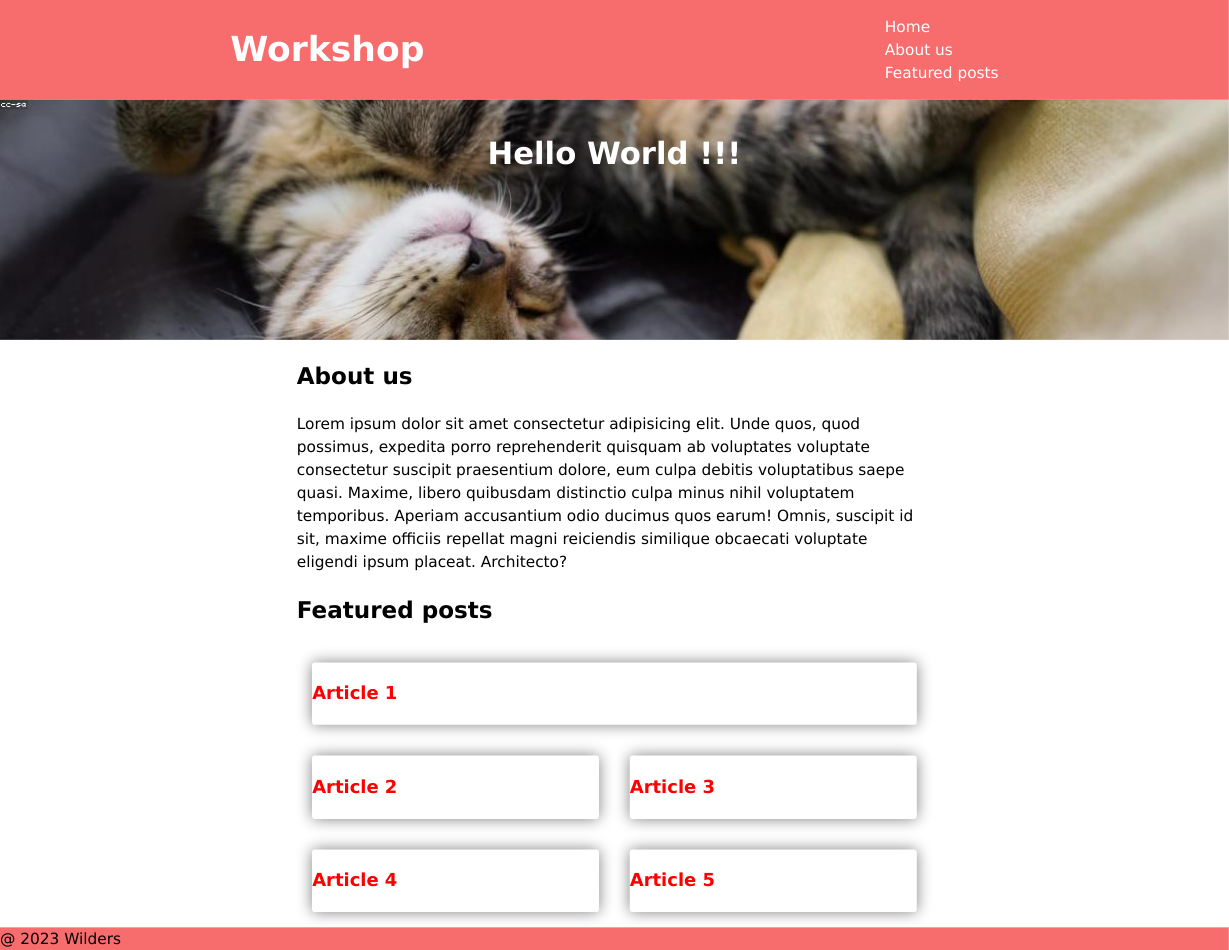
Repository: PPaillard/cssresponsive
Page: index.html
These files come from the project's save history. The page is drawn as it stood at one moment and after the next save; the edit follows.
The browser window is 1280 px wide. The pictures show the whole page, at 96% of full size.

Above is the page before, as saved 2023-03-03 14:40:06.

### index.html
<!DOCTYPE html>
<html lang="en">
  <head>
    <meta charset="UTF-8" />
    <meta http-equiv="X-UA-Compatible" content="IE=edge" />
    <meta name="viewport" content="width=device-width, initial-scale=1.0" />
    <title>Document</title>
    <link rel="stylesheet" href="style.css" />
  </head>
  <body>
    <nav>
      <h2>Workshop</h2>
      <ul>
        <li><a href="#home">Home</a></li>
        <li><a href="#aboutus">About us</a></li>
        <li><a href="#featuredposts">Featured posts</a></li>
      </ul>
    </nav>
    <header>
      <h1>Hello World !!!</h1>
    </header>
    <main>
      <section>
        <h2>About us</h2>
        <p>
          Lorem ipsum dolor sit amet consectetur adipisicing elit. Unde quos,
          quod possimus, expedita porro reprehenderit quisquam ab voluptates
          voluptate consectetur suscipit praesentium dolore, eum culpa debitis
          voluptatibus saepe quasi. Maxime, libero quibusdam distinctio culpa
          minus nihil voluptatem temporibus. Aperiam accusantium odio ducimus
          quos earum! Omnis, suscipit id sit, maxime officiis repellat magni
          reiciendis similique obcaecati voluptate eligendi ipsum placeat.
          Architecto?
        </p>
      </section>
      <section id="featured-posts">
        <h2>Featured posts</h2>
        <div>
          <article><h1>Article 1</h1></article>
          <article><h1>Article 2</h1></article>
          <article><h1>Article 3</h1></article>
          <article><h1>Article 4</h1></article>
          <article><h1>Article 5</h1></article>
        </div>
      </section>
    </main>
    <footer>@ 2023 Wilders</footer>
  </body>
</html>

### style.css
* {
  box-sizing: border-box;
}

body {
  margin: 0;
  line-height: 1.5;
  font-family: Verdana, Geneva, Tahoma, sans-serif;
}

/* Navigation */
nav {
  display: flex;
  justify-content: space-around;
  align-items: center;
  background-color: #f76c6c;
  color: #ffffff;
}

nav > h2 {
  margin: 0;
  font-size: clamp(2rem, 5vh, 4rem);
}

nav ul {
  margin: 0;
  padding: 1rem 0;
}

nav ul li {
  list-style: none;
}

nav ul li a {
  color: white;
  text-decoration: none;
}
/* fin de navigation */
/* header */

header {
  min-height: 250px;
  text-align: center;
  background-image: url("65535_52214085447_ec2bf04bd7_h_1200_300_nofilter.jpg");
  background-repeat: no-repeat;
  background-size: cover;
}
header h1 {
  color: white;
  margin: 0;
  padding-top: 2rem;
}

section {
  margin: 0 auto;
  max-width: 65ch;
}

section article {
  display: inline-block;
  color: red;
  margin: 1rem;
  border-radius: 0.2rem;
  box-shadow: 0 0 1rem grey;
}

#featured-posts > div {
  display: grid;
  grid-template-columns: 1fr 1fr;
}

#featured-posts > div > article:first-of-type {
  grid-column: 1/3;
}

footer {
  background-color: #f76c6c;
}

After the next save:
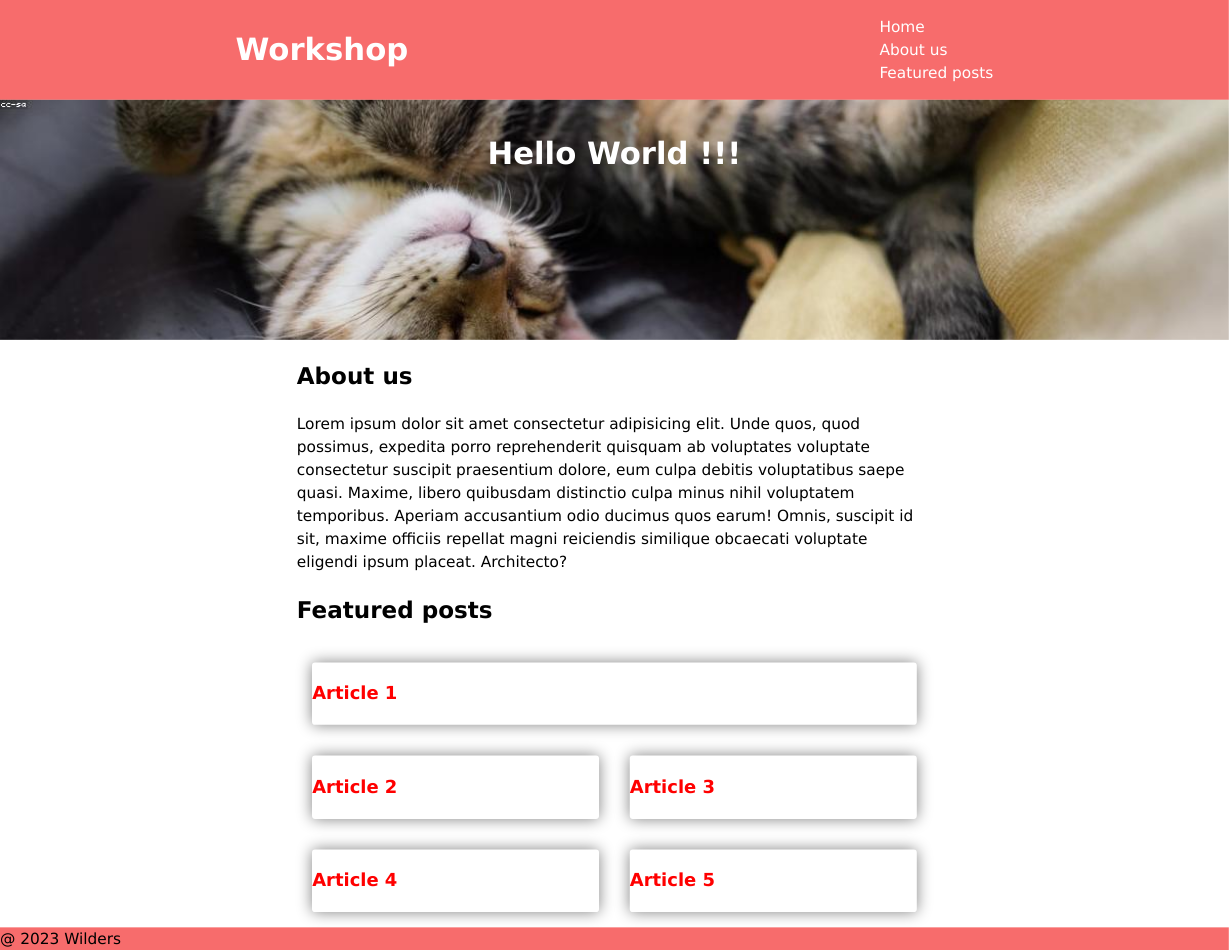
Saved 113 s later.
--- a/style.css
+++ b/style.css
@@ -19,7 +19,7 @@ nav {
 
 nav > h2 {
   margin: 0;
-  font-size: clamp(2rem, 5vh, 4rem);
+  font-size: clamp(2rem, 4vh, 4rem);
 }
 
 nav ul {
